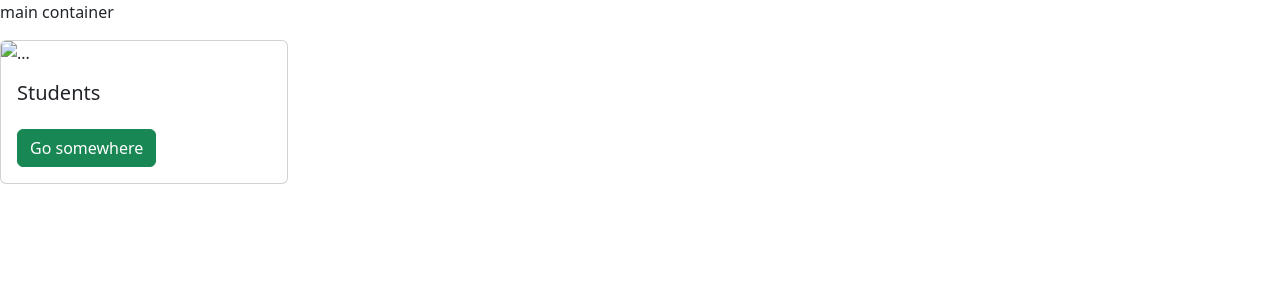
Repository: jaevoy2/lara_demo
Page: http://localhost/home
An editor plug-in stored every save of this project. The page is shown before and after the next save, followed by the edit.
The browser window is 1280 px wide. The pictures show the whole page.
The page is served by the project's Laravel application, run on PHP 8.4 with Laravel 12. Other server files are loaded and not shown. Queries for data that is not in the repository find no rows.

Above is the page before, as saved 2026-07-07 08:59:04.

### routes/web.php
<?php

use Illuminate\Support\Facades\Route;
use App\Http\Controllers\UserController;
use App\Http\Controllers\StudentController;


Route::get('/', function () {
    return view('login');
})->name('login');

Route::post('/user-login', [UserController::class, 'userLogin'])->name('userLogin');
Route::get('/home', [UserController::class, 'homeView'])->name('home');

Route::get('get-students', [StudentController::class, 'getStudents'])->name('get-students');

### app/Http/Controllers/UserController.php
<?php

namespace App\Http\Controllers;

use Illuminate\Http\Request;
use Illuminate\Support\Facades\Auth;
use Illuminate\Support\Facades\Hash;
use App\Models\User;

class UserController extends Controller
{
    public function userLogin(Request $request) {
        $request->validate([
            'email' => 'required',
            'password' => 'required',
        ]);

        $credentials = $request->only('email', 'password');

        if(Auth::attempt($credentials)) {
            $request->session()->put('loginID', Auth::user()->id);

            return redirect()->intended(route('home'))
                ->with('success', 'Logged In');
        }else{
            return redirect(route('login'))
                ->with('error', 'Invalid credentials');
        }
    }

    public function loginPage() {
        return view('login');
    }

    public function homeView() {
        return view('home');
    }
}

### resources/views/home.blade.php
@extends('_layout._head')

@section('content')
    <div>
        <div class="card" style="width: 18rem;">
            <img src="..." class="card-img-top" alt="...">

            <div class="card-body">
                <h5 class="card-title">Students</h5>

                <ul id="student-list" class="list-group mb-3"></ul>

                <a href="/about" class="btn btn-success">Go somewhere</a>
            </div>
        </div>
    </div>

    <script>
        document.addEventListener('DOMContentLoaded', async function () {
            try {
                const response = await fetch('/get-students');

                if (!response.ok) {
                    throw new Error('Failed to fetch students.');
                }

                const students = await response.json();

                const studentList = document.getElementById('student-list');
                studentList.innerHTML = '';

                students.forEach(student => {
                    studentList.innerHTML += `
                        <li class="list-group-item">
                            ${student.name}
                        </li>
                    `;
                });

            } catch (error) {
                console.error(error);
            }
        });
    </script>
@endsection

### resources/views/_layout/_head.blade.php
<!DOCTYPE html>
<html lang="en">
<head>
    <meta charset="UTF-8">
    <meta name="viewport" content="width=device-width, initial-scale=1.0">
    <link href="https://cdn.jsdelivr.net/npm/bootstrap@5.3.8/dist/css/bootstrap.min.css" rel="stylesheet" integrity="sha384-sRIl4kxILFvY47J16cr9ZwB07vP4J8+LH7qKQnuqkuIAvNWLzeN8tE5YBujZqJLB" crossorigin="anonymous">
    <title>Document</title>
</head>
<body>
    <p>main container</p>

    @yield('content')

    <script src="https://cdn.jsdelivr.net/npm/bootstrap@5.3.8/dist/js/bootstrap.bundle.min.js" integrity="sha384-FKyoEForCGlyvwx9Hj09JcYn3nv7wiPVlz7YYwJrWVcXK/BmnVDxM+D2scQbITxI" crossorigin="anonymous"></script>
</body>
</html>

### app/Http/Controllers/StudentController.php
<?php

namespace App\Http\Controllers;

use Illuminate\Http\Request;
use App\Models\Student;

class StudentController extends Controller
{
    public function login() {
        return view('login');
    }

    public function home() {
        return view('home');
    }

    public function getStudents() {
        return response()->json([
            'student' => Student::all()
        ], 200);
    }

    public function store(Request $request) {
        $validate = $request->validate([
            'name' => 'required|string',
            'adrress' => 'required|string'
        ]);

        $student = Student::create($validate);

        return response()->json([
            'student' => $student
        ], 200);
    }

    public function updateStudent(Request $request) {
        $validate = $request->validate([
            'name' => 'nullable|string',
            'adrress' => 'nullable|string'
        ]);

        $student = Student::find($request->id);

        if(!$student) {
            return response()->json([
                'message' => 'Student not found'
            ], 404);
        }

       $student->update($validate);

        return response()->json([
            'student' => $student
        ], 200);
    }

    public function deleteStudent($id) {
        $student = Student::find($id);

        if(!$student) {
            return response()->json([
                'message' => 'Student not found'
            ], 404);
        }

        $student->delete();

        return response()->json([
            'message' => 'Student deleted.'
        ], 200);
    }
}

### app/Models/Student.php
<?php

namespace App\Models;

use Illuminate\Database\Eloquent\Model;

class Student extends Model
{
    protected $fillable = [
        'name',
        'adrress'
    ];
}

Loaded but not shown: app/Http/Controllers/Controller.php (common file)

After the next save:
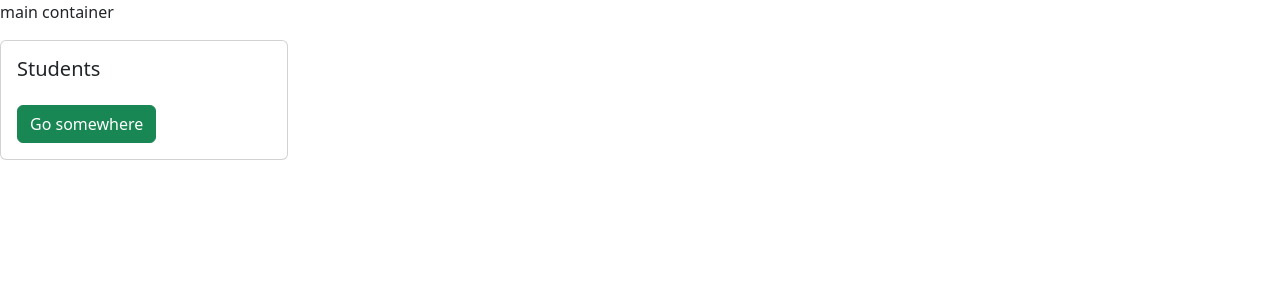
Saved 21 s later.
--- a/resources/views/home.blade.php
+++ b/resources/views/home.blade.php
@@ -3,7 +3,7 @@
 @section('content')
     <div>
         <div class="card" style="width: 18rem;">
-            <img src="..." class="card-img-top" alt="...">
+            <!-- <img src="..." class="card-img-top" alt="..."> -->
 
             <div class="card-body">
                 <h5 class="card-title">Students</h5>
